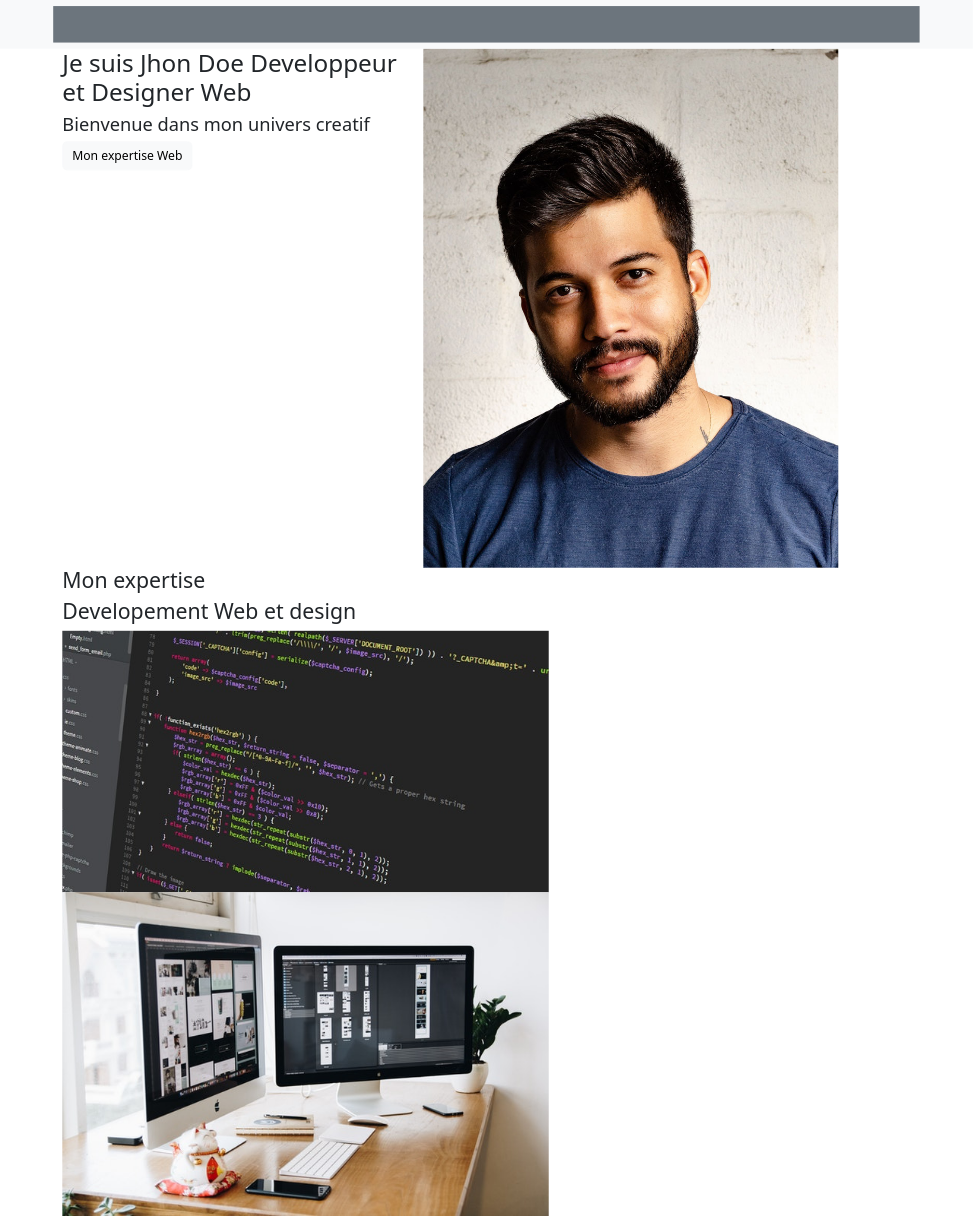
Repository: wadelfadill/Bootstrap_tache_1_portfolio
Page: index.html
The author's editor kept a copy of each file at every save. The page is drawn from the files as they stood at one save, then again after the next save.
The browser window is 1280 px wide. The pictures show the whole page, at 76% of full size.

Above is the page before, as saved 2023-03-27 11:43:06.

After the next save:
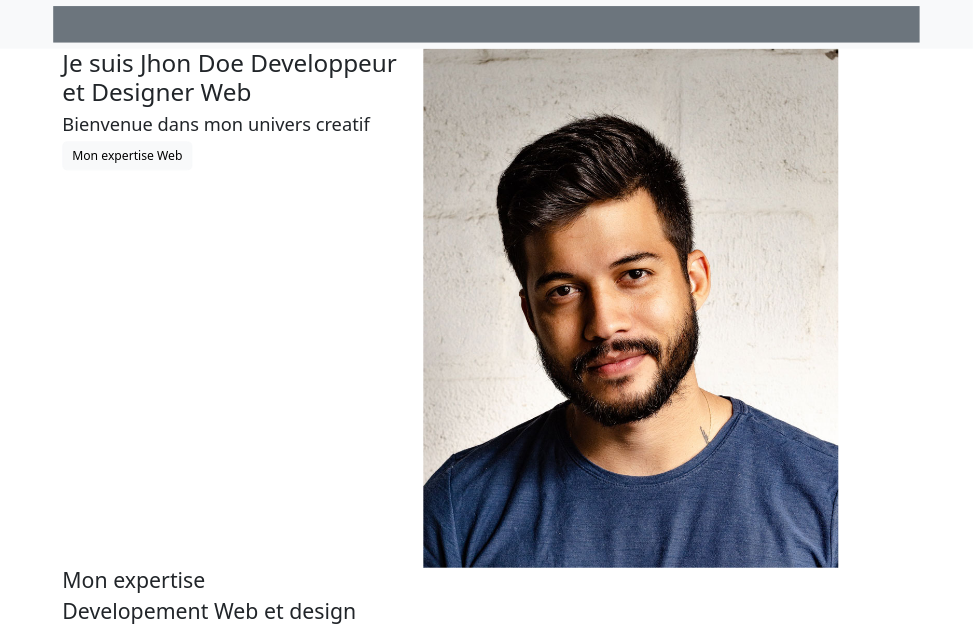
Saved 2 min 19 s later.
--- a/index.html
+++ b/index.html
@@ -35,10 +35,10 @@
 
             </div>
             <div class="g-col-5 g-start-2">
-                <img src="img/code.jpg" alt="" class="img-fluid">
+                <!-- <img src="img/code.jpg" alt="" class="img-fluid"> -->
             </div>
             <div class="g-col-5 g-start-1">
-                <img src="img/design.jpg" alt="" class="img-fluid">
+                <!-- <img src="img/design.jpg" alt="" class="img-fluid"> -->
             </div>
             <div class="g-col-7 bg-secondary">
 
